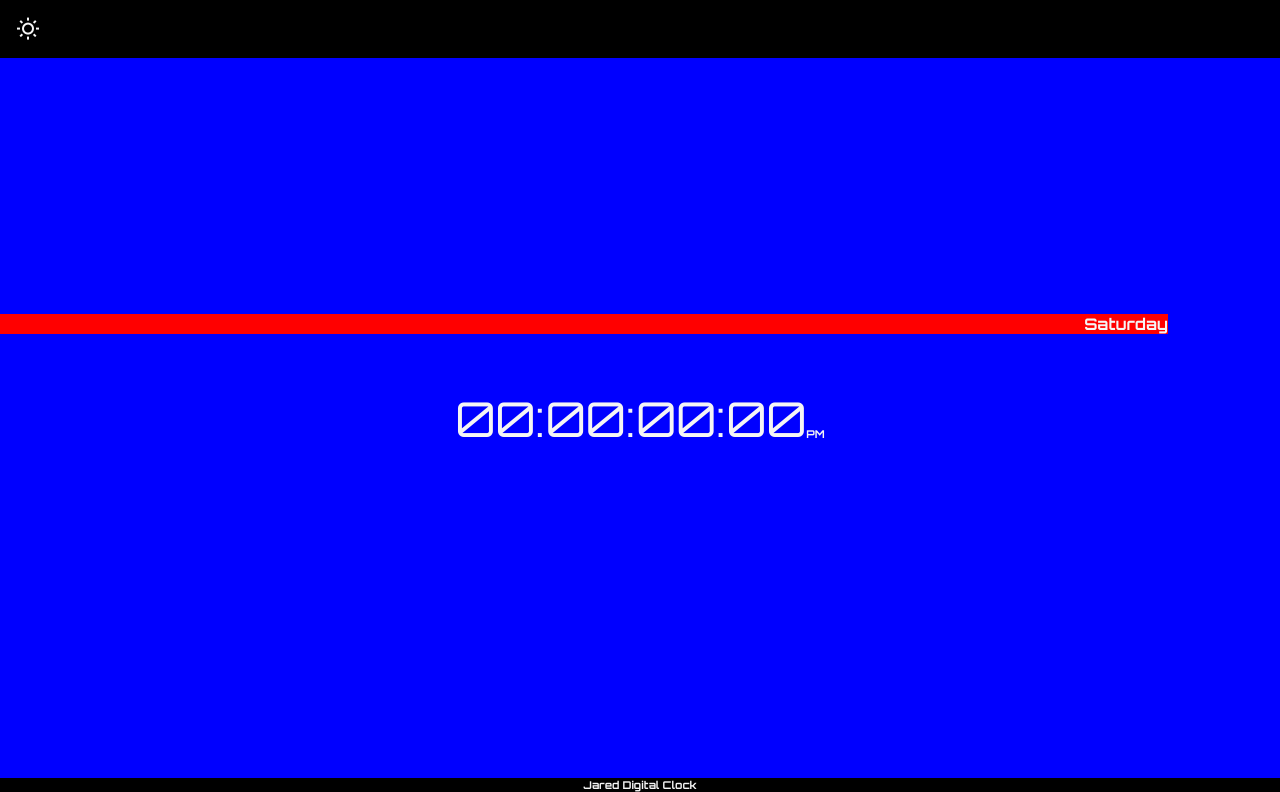
Repository: EguJaredoBoyd/Jared-Digital-Clock
Page: index.html
The author's editor kept a copy of each file at every save. The page is drawn from the files as they stood at one save, then again after the next save.
The browser window is 1280 px wide. The pictures show the whole page.
Some web libraries are served in a nearby version.

Above is the page before, as saved 2026-01-04 22:26:08.

After the next save:
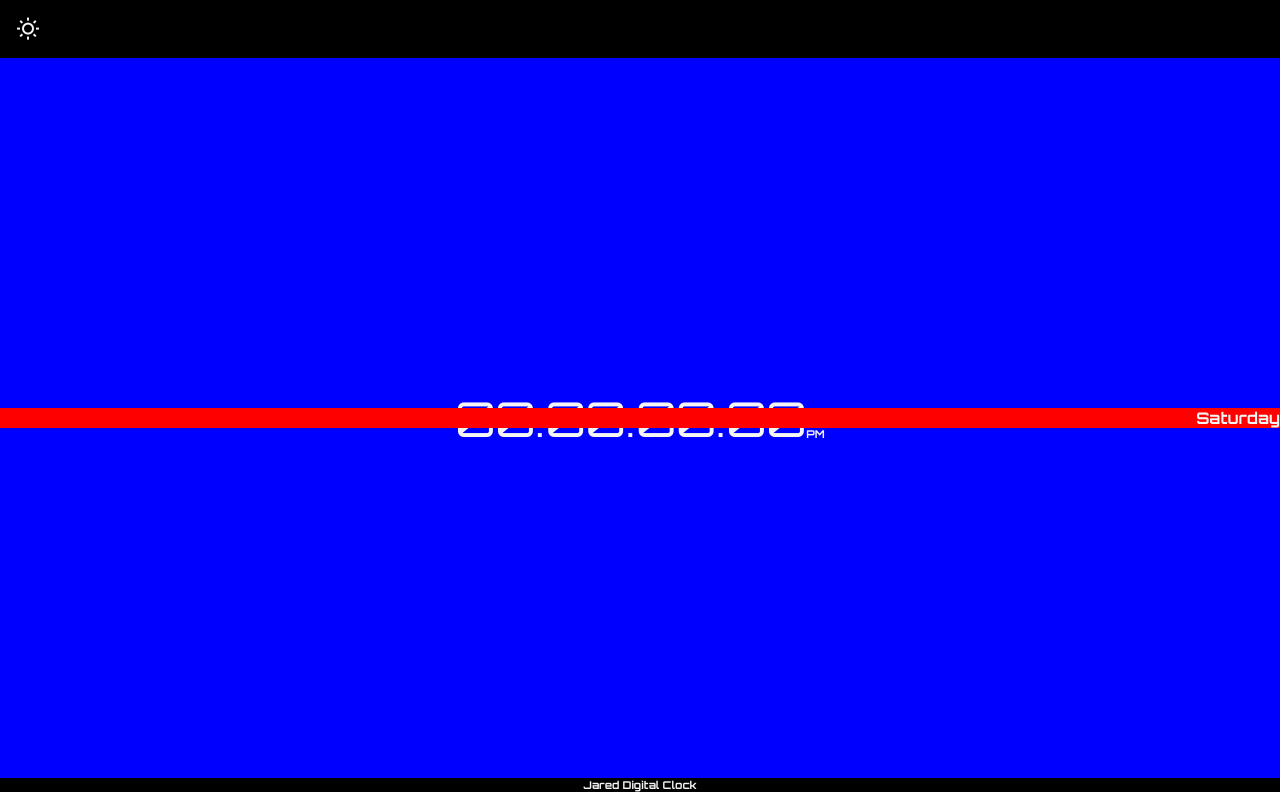
Saved 25 s later.
--- a/css/styles.css
+++ b/css/styles.css
@@ -75,8 +75,6 @@ header button i {
   display: flex;
   justify-content: end;
   position: absolute;
-  right: 7rem;
-  top: 16rem;
   background-color: red;
 }
 
